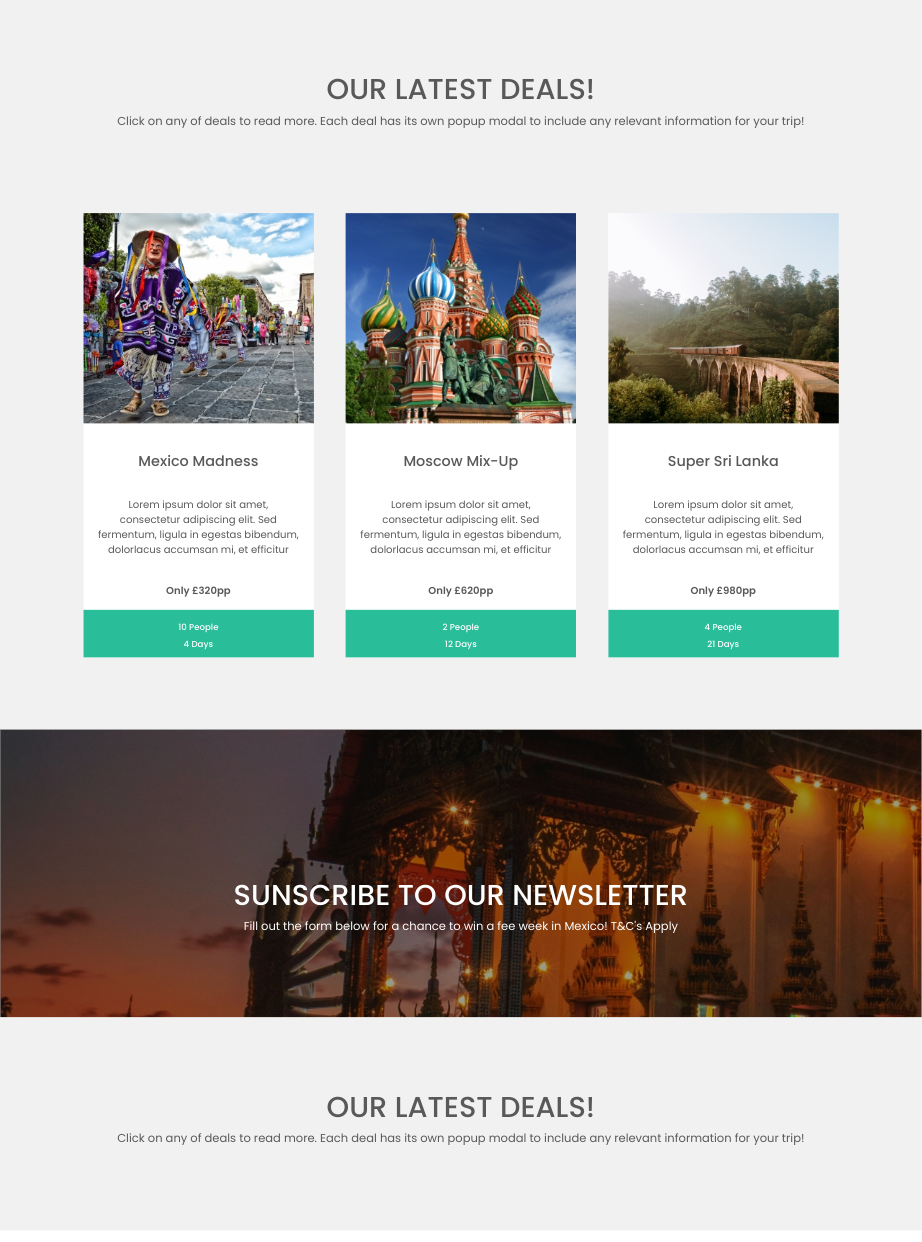
Repository: cobyfoster99/Interactive-frontend-project
Page: index.html
The author's editor kept a record of every edit. The page is drawn from the files as they stood at one moment, then again after the next edit.
The browser window is 1280 px wide. The pictures show the whole page, at 72% of full size.

Above is the page before.
Console error (its wording comes from the project's code and is left out).

### index.html
<!DOCTYPE html>
<html lang="en">

<head>
    <meta charset="UTF-8">
    <meta name="viewport" content="width=device-width, initial-scale=1.0">
    <meta http-equiv="X-UA-Compatible" content="ie=edge">

    <link rel="stylesheet" href="assets/css/style.css" type="text/css" />
    <script type="text/javascript" src="assets/js/foundation.js"></script>
    <link rel="stylesheet" href="https://stackpath.bootstrapcdn.com/bootstrap/4.4.1/css/bootstrap.min.css" type="text/css" />
    <script type="text/javascript" src="https://stackpath.bootstrapcdn.com/bootstrap/4.4.1/js/bootstrap.min.js"></script>

    <title>Simple Design Works | Travel</title>

</head>

<body>

    <!-------- Deals Box Section -------->

    <div class="contain grey-background">
        <div class="h1-section no-gutters">
            <h1>OUR LATEST DEALS!</h1>
            <P>Click on any of deals to read more. Each deal has its own popup modal to include any relevant information for your trip!</P>
        </div>

    </div>

    <div class="contain grey-background deals-section">
        <div class="deals-box-section no-gutters">
            <div class="deals-box">
                <img src="assets/media-library/mexico.jpg" class="deals-image" />
                <h5 class="deals-box-h1">Mexico Madness</h5>
                <p class="deals-box-p">Lorem ipsum dolor sit amet, consectetur adipiscing elit. Sed fermentum, ligula in egestas bibendum, dolorlacus accumsan mi, et efficitur</p>
                <p class="deals-box-price">Only £320pp</p>
                <div class="price-box turqoise-bg">
                    <p class="deals-box-bottom-p">10 People</p>
                    <p class="deals-box-bottom-p">4 Days</p>
                </div>
            </div>
        </div>

        <div class="deals-box-section no-gutters">
            <div class="deals-box">
                <img src="assets/media-library/moscow.jpg" class="deals-image" />
                <h5 class="deals-box-h1">Moscow Mix-Up</h5>
                <p class="deals-box-p">Lorem ipsum dolor sit amet, consectetur adipiscing elit. Sed fermentum, ligula in egestas bibendum, dolorlacus accumsan mi, et efficitur</p>
                <p class="deals-box-price">Only £620pp</p>
                <div class="price-box turqoise-bg">
                    <p class="deals-box-bottom-p">2 People</p>
                    <p class="deals-box-bottom-p">12 Days</p>
                </div>
            </div>
        </div>

        <div class="deals-box-section no-gutters">
            <div class="deals-box">
                <img src="assets/media-library/sri-lanka.jpg" class="deals-image" />
                <h5 class="deals-box-h1">Super Sri Lanka</h5>
                <p class="deals-box-p">Lorem ipsum dolor sit amet, consectetur adipiscing elit. Sed fermentum, ligula in egestas bibendum, dolorlacus accumsan mi, et efficitur</p>
                <p class="deals-box-price">Only £980pp</p>
                <div class="price-box turqoise-bg">
                    <p class="deals-box-bottom-p">4 People</p>
                    <p class="deals-box-bottom-p">21 Days</p>
                </div>
            </div>
        </div>

    </div>

    <!-------- Subscribe to our Newsletter -------->

    <div class="contain">
        <div class="image-background-newsletter">
            <div class="h1-section"></div>
            <h1 class="newsletter-h1">SUNSCRIBE TO OUR NEWSLETTER</h1>
            <p class="newsletter-p">Fill out the form below for a chance to win a fee week in Mexico! T&C's Apply</p>
            <div class="newsletter-signup"></div>
        </div>
    </div>

    <div class="contain grey-background">
        <div class="h1-section no-gutters">
            <h1>OUR LATEST DEALS!</h1>
            <P>Click on any of deals to read more. Each deal has its own popup modal to include any relevant information for your trip!</P>
        </div>
    </div>
    <div class="contain grey-background">
        <div class="reviews-section">
            <div class="reviews-box">
                <p></p>
                <h3></h3>
                <h4></h4>
            </div>
        </div>
    </div>

</body>

</html>

### assets/css/style.css
@import url('https://fonts.googleapis.com/css?family=Poppins:400,500,600,700&display=swap');

/* Background Colors */

.grey-background {
    background-color: #f1f1f1;
}

.turqoise-bg {
    background-color: #2abd9a;
}

/* Text */

h1,
h2,
h3,
h4,
h5,
h6,
span,
p {
    font-family: "poppins", arial;
    color: #595959;
    text-align: center;
}

h3 {
    font-size: 18px;
    font-weight: 600;
}

.contain {
    max-width: 1920px;
    margin: auto;
    text-align: center;
}

.h1-section {
    display: inline-block;
    padding-top: 100px;
    padding-bottom: 100px;
    max-width: 1200px;
}



.deals-box-section {
    display: inline-block;
    max-width: 1200px;

}

.deals-box {
    background-color: white;
    width: 320px;
    margin-right: 20px;
    margin-left: 20px;
}

.deals-image {
    padding-bottom: 20px;
}

.deals-box-h1 {
    font-size: 20px;
    padding-bottom: 10px;
    padding-top: 20px;
}

.deals-box-p {
    font-size: 14px;
    padding: 20px;
}

.deals-box-price {
    font-size: 14px;
    font-weight: 600
}

.deals-box-bottom-p {
    color: white;
    font-size: 12px;
    font-weight: 500;
    padding-top: 5px;
    margin-bottom: 0px;
}

.price-box {
    padding-top: 10px;
    padding-bottom: 10px;
}

.deals-section {
    padding-bottom: 100px;
}
.image-background-newsletter {
    background-image: url("../media-library/newsletter-background.jpg");
    max-height: 400px;
    padding-bottom: 100px;
}

.newsletter-h1,
.newsletter-p {
    color: white;
}

Loaded but not shown: assets/js/foundation.js (no copy from this time; the picture is the same without it)

After the next edit:
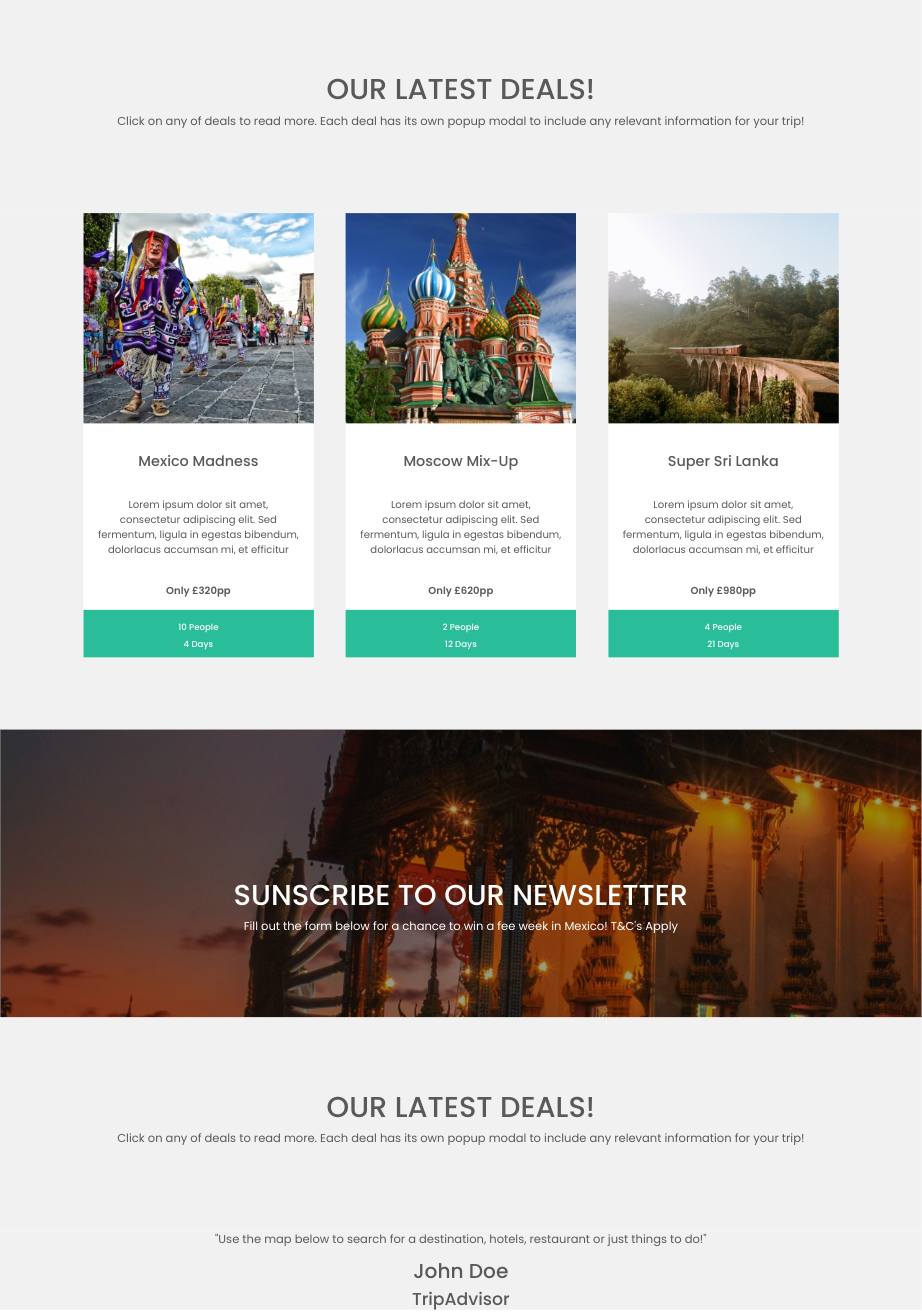
The edit:
--- a/index.html
+++ b/index.html
@@ -89,9 +89,9 @@
     <div class="contain grey-background">
         <div class="reviews-section">
             <div class="reviews-box">
-                <p></p>
-                <h3></h3>
-                <h4></h4>
+                <p>"Use the map below to search for a destination, hotels, restaurant or just things to do!"</p>
+                <h3>John Doe</h3>
+                <h4>TripAdvisor</h4>
             </div>
         </div>
     </div>
